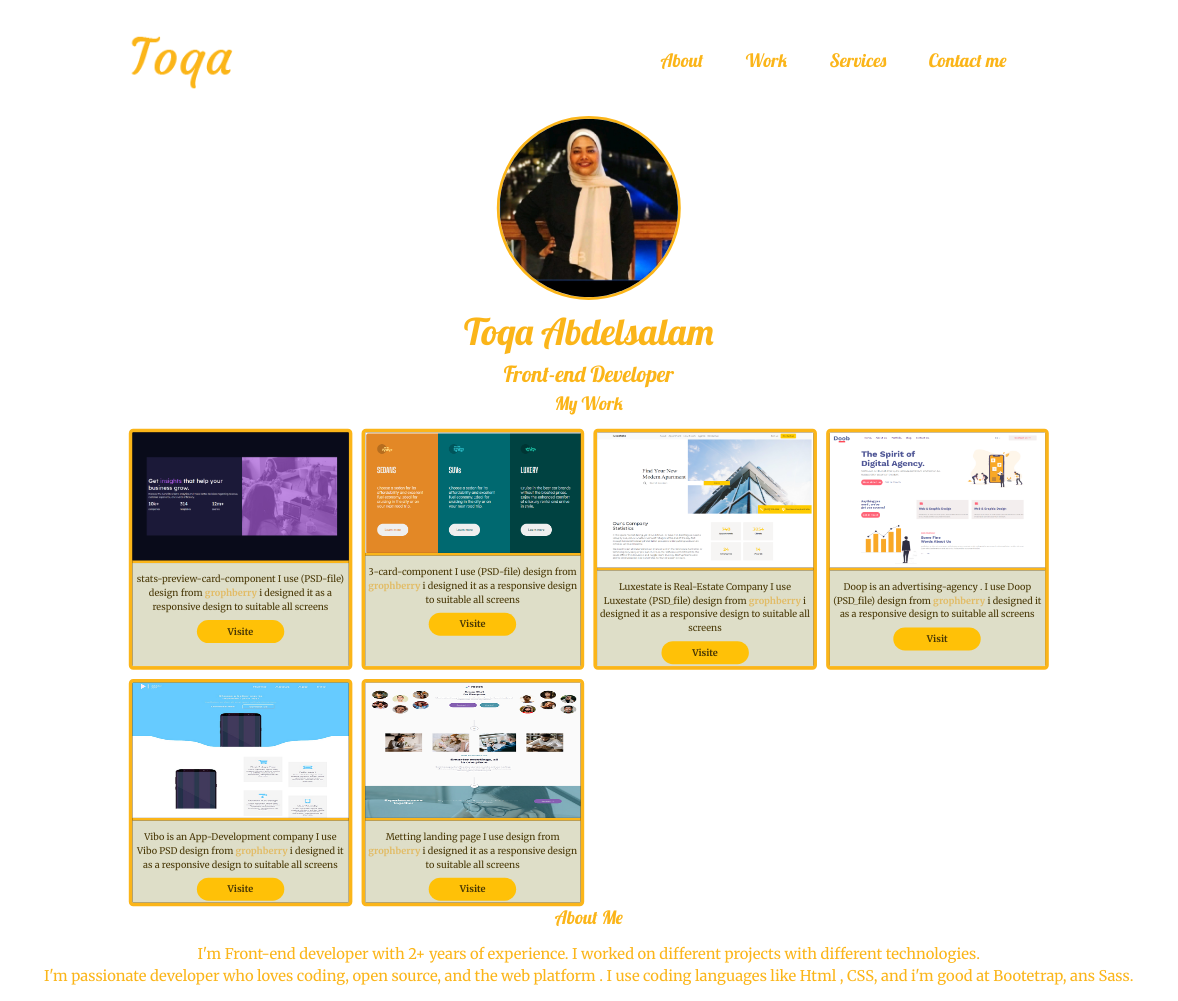
Repository: Toqa-25/portfolio
Page: index.html
The author's editor kept a copy of each file at every save. The page is drawn from the files as they stood at one save, then again after the next save.
The browser window is 1280 px wide. The pictures show the whole page, at 92% of full size.
Some web fonts or font styles are not loaded; a fallback is used.

Above is the page before, as saved 2021-10-31 15:52:12.

### index.html
<!DOCTYPE html>
<html lang="en">
<head>
    <meta charset="UTF-8">
    <meta http-equiv="X-UA-Compatible" content="IE=edge">
    <meta name="viewport" content="width=device-width, initial-scale=1.0">
    <title>Toqa Portfolio</title>
      <!-- bootstrap file -->
      <link rel="stylesheet" href="css/all.min.css">
      <link rel="stylesheet" href="css/bootstrap.css">
      <!-- css file -->
      <link rel="stylesheet" href="css/style.css">
      <!-- fonts -->
      <link rel="preconnect" href="https://fonts.googleapis.com">
<link rel="preconnect" href="https://fonts.gstatic.com" crossorigin>
<link href="https://fonts.googleapis.com/css2?family=Lobster&family=Otomanopee+One&display=swap" rel="stylesheet">
<link rel="preconnect" href="https://fonts.googleapis.com">
<link rel="preconnect" href="https://fonts.gstatic.com" crossorigin>
<link href="https://fonts.googleapis.com/css2?family=Merriweather:ital,wght@0,300;0,400;0,700;0,900;1,300;1,400;1,700;1,900&display=swap" rel="stylesheet">
<link rel="preconnect" href="https://fonts.googleapis.com">
<link rel="preconnect" href="https://fonts.gstatic.com" crossorigin>
<link href="https://fonts.googleapis.com/css2?family=Bebas+Neue&family=Oswald:wght@200;300;400;500;600;700&display=swap" rel="stylesheet">
</head>
<body>
        <!-- header section -->
    <header class="pad">
       <nav class="container">
           <img src="images/logo.png" alt="logo">
       <ul class="list">
           <li>About</li>
           <li>Work</li>
           <li>Services</li>
           <li>Contact me</li>
           <!-- <li>Reviews</li> -->
       </ul>
       <div role="navigation">
      <svg xmlns="http://www.w3.org/2000/svg" width="35" height="35" fill="#fbb519" class="bi bi-list" viewBox="0 0 16 16">
        <path fill-rule="evenodd" d="M2.5 12a.5.5 0 0 1 .5-.5h10a.5.5 0 0 1 0 1H3a.5.5 0 0 1-.5-.5zm0-4a.5.5 0 0 1 .5-.5h10a.5.5 0 0 1 0 1H3a.5.5 0 0 1-.5-.5zm0-4a.5.5 0 0 1 .5-.5h10a.5.5 0 0 1 0 1H3a.5.5 0 0 1-.5-.5z"/>
      </svg>
      <ul class="hidden">
        <li>About</li>
        <li>Work</li>
        <li>Services</li>
        <li>Contact me</li>
        <!-- <li>Reviews</li> -->
      </ul>
      </div>
    </nav>
    </header><!-- end header section -->
    <!-- information  section -->
    <div class="my-image section">
      <div class="quik  " role="main">
        <div>
        <img src="images/toqa.jpg" alt=""><br>
        <h1>Toqa Abdelsalam</h1>
        <h4>Front-end Developer</h4>
      </div>
      </div>
    </div>

      <section class="section container work">
      <h5>My Work</h5>
      <div class="card-groups">
      <div class="project card" role="menu">
        <img src="images/toqa-25.github.io_stats-preview-card-component-main_.png" alt="">
        <p>stats-preview-card-component
      I use  (PSD-file) design from <span> <a href="https://www.frontendmentor.io/">grophberry</a></span>
  i designed it as a responsive design to suitable all screens <br>
  <button><a href="https://toqa-25.github.io/stats-preview-card-component-main/">Visite</a></button>
 </p>
 </div>
      <div class="project card" role="menu">
        <img src="images/toqa-25.github.io_3-cards-component3_.png" alt="">
        <p>3-card-component
      I use (PSD-file) design from <span> <a href="https://www.frontendmentor.io/">grophberry</a></span>
  i designed it as a responsive design to suitable all screens <br>
  <button><a href="https://toqa-25.github.io/3-cards-component/">Visite</a></button>
 </p>
 </div>
      <div class="project card" role="menu">
          <img src="images/destop-luxestate - Copy (1).png" alt="">
          <p>Luxestate is Real-Estate Company
        I use Luxestate (PSD_file) design from <span> <a href="https://www.graphberry.com/">grophberry</a></span>
    i designed it as a responsive design to suitable all screens <br>
    <button><a href="https://toqa-25.github.io/luxstate-project-/">Visite</a></button>
   </p>
   </div>
      <div class="project card" role="menu">
          <img src="images/web_design.png" alt="">
          <p>Doop is an advertising-agency .
        I use Doop (PSD_file) design from <span> <a href="https://www.graphberry.com/">grophberry</a></span>
    i designed it as a responsive design to suitable all screens <br>
    <button><a href="https://toqa-25.github.io/simply-agency/">Visit </a></button>
   </p>
   </div>
      <div class="project card" role="menu">
        <img src="images/Vibo_App(desktop)_toqa-25.github.io2.png" alt="">
          <p>Vibo is an App-Development company
        I use Vibo PSD design from <span> <a href="https://www.graphberry.com/">grophberry</a></span>
    i designed it as a responsive design to suitable all screens <br>
    <button><a href="https://toqa-25.github.io/vibo-app/">Visite</a></button>
   </p>
   </div>
   <div class="project card" role="menu">
    <img src="images/toqa-25.github.io_landing-meeting-page_desktop.png" alt="">
    <p>Metting landing page
  I use  design from <span> <a href="https://www.frontendmentor.io/">grophberry</a></span>
i designed it as a responsive design to suitable all screens <br>
<button><a href="https://toqa-25.github.io/landing-meeting-page/">Visite</a></button>
</p>
</div>
   </div>
      </section>

      <section class="section about">

          <h5>About Me</h5>
      <p> I'm Front-end developer with 2+ years of experience. I worked on different projects with different technologies. <br>
       I'm passionate developer who loves coding, open source, and the web platform .
       I use coding languages like Html , CSS, and i'm good at Bootetrap, ans Sass. </p>
      </section>

</body>
</html>

### css/style.css
/*
    public style
***********************
*/
:root{
    --main-color:#fbb519;
    --section-padding:30px;
}
* , *:after , *:before{
    box-sizing: border-box;
    margin: 0;
    padding: 0;
}
body{
    font-family: 'Merriweather', serif;
    color:var(--main-color);
}
.pad{
    padding: var(--section-padding) 0;
}
.container
{
  width: 80%;
  margin:auto;
}
 .section h5{
    text-align: center;
    font-family: 'Lobster';
    margin-bottom: 15px;
 }
/*
    header style
***********************
*/
 header{
    font-family: 'Lobster', cursive;
 }
 nav{
      display: flex;
    justify-content: space-between;
    align-items: center;
 }
  nav img{
     margin-top:10px;
 }
 nav .list{
     width: 50%;
    margin-top:20px;
    list-style: none;
    color:var(--main-color);
    display: flex;
    justify-content: space-evenly;
    cursor: pointer;
    font-size: 20px;
 }
 nav .list li{
     font-size: 20px;
     transition: .2s;
     -webkit-transition: .2s;
     -moz-transition: .2s;
     -ms-transition: .2s;
     -o-transition: .2s;
    }
    nav .list li:hover{
        border-bottom: 2px solid var(--main-color);
    }
/* media quary for header*/
 @media (max-width: 768px){
  nav .list {
      display: none;
  }
  div{
      display: block;
      padding: 15px;
  }
  .quik h2{
    font-size: 20px;
    line-height: 2rem;
  }
  .quik img{
    width: 100px;
    height: 100px;
 }
}
 @media (min-width: 768px){
     nav div{
         display: none;

     }
 }
 div:hover  .hidden {
     display: block;
     color:var(--main-color);
     position: absolute;
     right: 44px;
     top: 37px;
     background-color: #f5f5dc91;
     list-style: none;
     border-radius: 8px;
     padding: 10px;

 }
 .hidden{
    display: none;

}
.hidden li:hover{
 padding: 5px;
 font-size: 25px;
}
/*
    my image style
***********************
*/

 .quik{
    color: var(--main-color);
    text-align: center;
    /* background-image: url(../images/mohammad-rahmani-8qEB0fTe9Vw-unsplash.jpg); */
    height: 300px;
    display: flex;
    align-items: center;
    justify-content: center;
    /* font-family: 'Bebas Neue', cursive; */
     /* font-family: 'Oswald', sans-serif; */
     font-family: 'Lobster', cursive;


 }
 .quik img{
     width: 200px;
     height: 200px;
     border:3px solid;
     border-radius: 50%;
     -webkit-border-radius: 50%;
     -moz-border-radius: 50%;
     -ms-border-radius: 50%;
     -o-border-radius: 50%;
     margin-bottom: 10px;
}
 h2{
    color: #dad3d3;
    text-transform: uppercase;
    line-height: 3rem;
 }
 span{
     color:var(--main-color)
 }
 .card-groups{
     display: grid;
    grid-template-columns:repeat(4,1fr);
    gap:10px;
 }
 .work h5{
    text-align: center;
    font-family: 'Lobster';
 }
.card {
    width: 100%;
    height: 100%;
    position: relative;
    display: flex;
    flex-direction: column;
    min-width: 0;
    word-wrap: break-word;
    background-color: black;
    background-clip: border-box;
    border: 4px solid var(--main-color);
    border-radius: 0.3rem;
}

.card img{
    max-width:100%;
    max-height: 150px;
    border-bottom: 3px solid;
}
.card img:hover{
   transform: scale(1.1);
   -webkit-transform: scale(1.1);
   -moz-transform: scale(1.1);
   -ms-transform: scale(1.1);
   -o-transform: scale(1.1);
}
.card p{
    margin-bottom: 1rem;
    background-color: black;
    font-size: 10px;
    padding: 2px;
    margin: 0px;
    margin-top: 0px;
    width: 100%;
    height: 100%;
    text-align: center;
    color:#483705;
    background-color: #f5f5dce8;
    padding-top: 10px;

}
.card p a{
    text-decoration: none;
    color: #e2bc66;
    font-weight: bolder;
}
.card p:hover{

}

.card button{
    width: 95px;
    text-align: center;
    background-color: #ffc107;
    border: none;
    border-radius: 15px;
    padding: 5px;
    margin-top: 7px;
}
.card button:hover{
    width:120px;
    padding: 10px;
}
.card button a{
    text-decoration: none;
    color: #483705;
}

.about{
    text-align: center;

}

/*
           media quary style
    ***************************************
        //extra small devices @media (maxwidth:575px)
        //small devices @media (maxwidth:767px)
        //medium devices @media (maxwidth:991px)
        //large devices @media (maxwidth:1199px)
*/

Loaded but not shown: css/all.min.css (library); css/bootstrap.css (library)

After the next save:
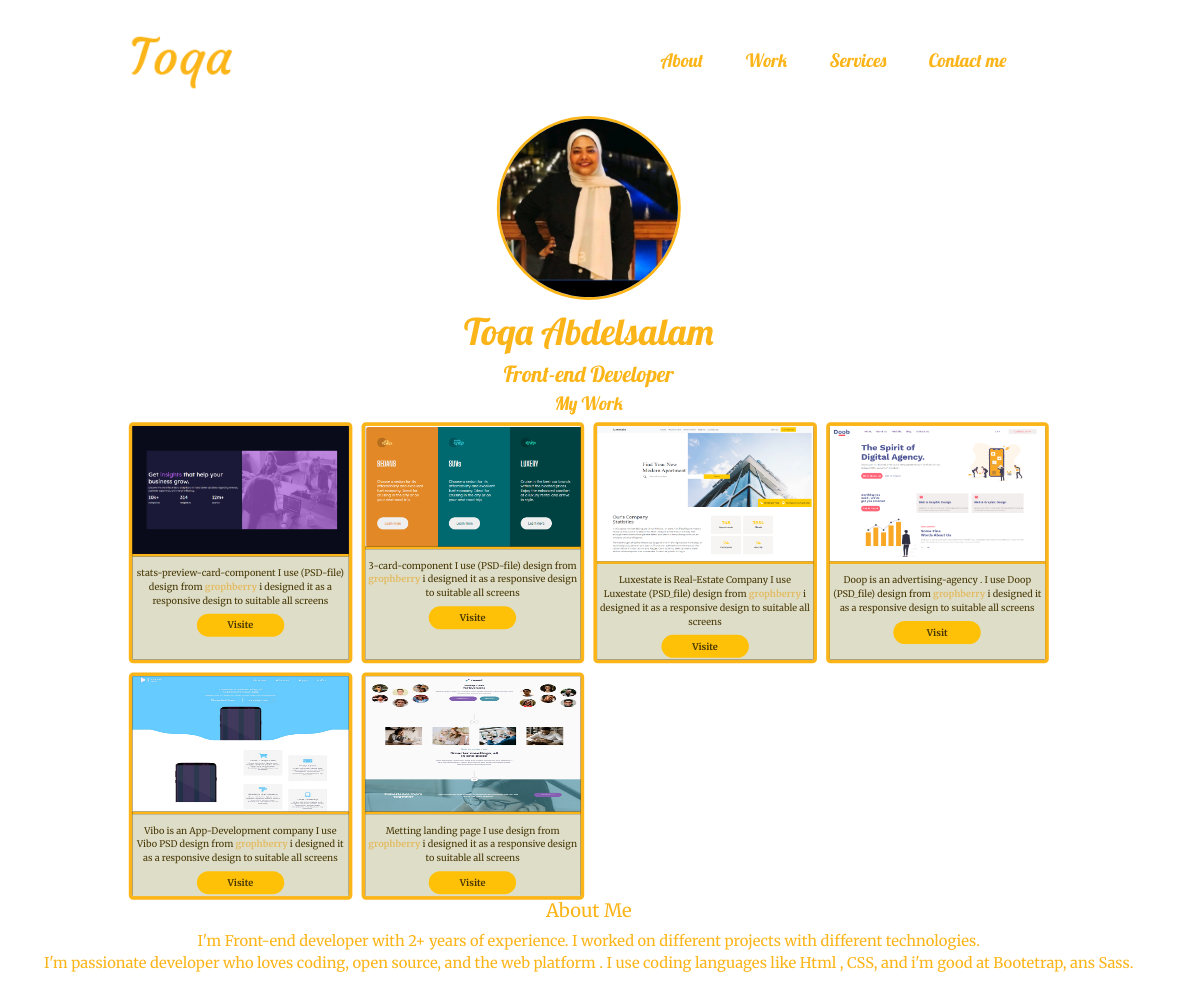
Saved 13 s later.
--- a/css/style.css
+++ b/css/style.css
@@ -23,7 +23,7 @@ body{
   width: 80%;
   margin:auto;
 }
- .section h5{
+ .pad h5{
     text-align: center;
     font-family: 'Lobster';
     margin-bottom: 15px;
